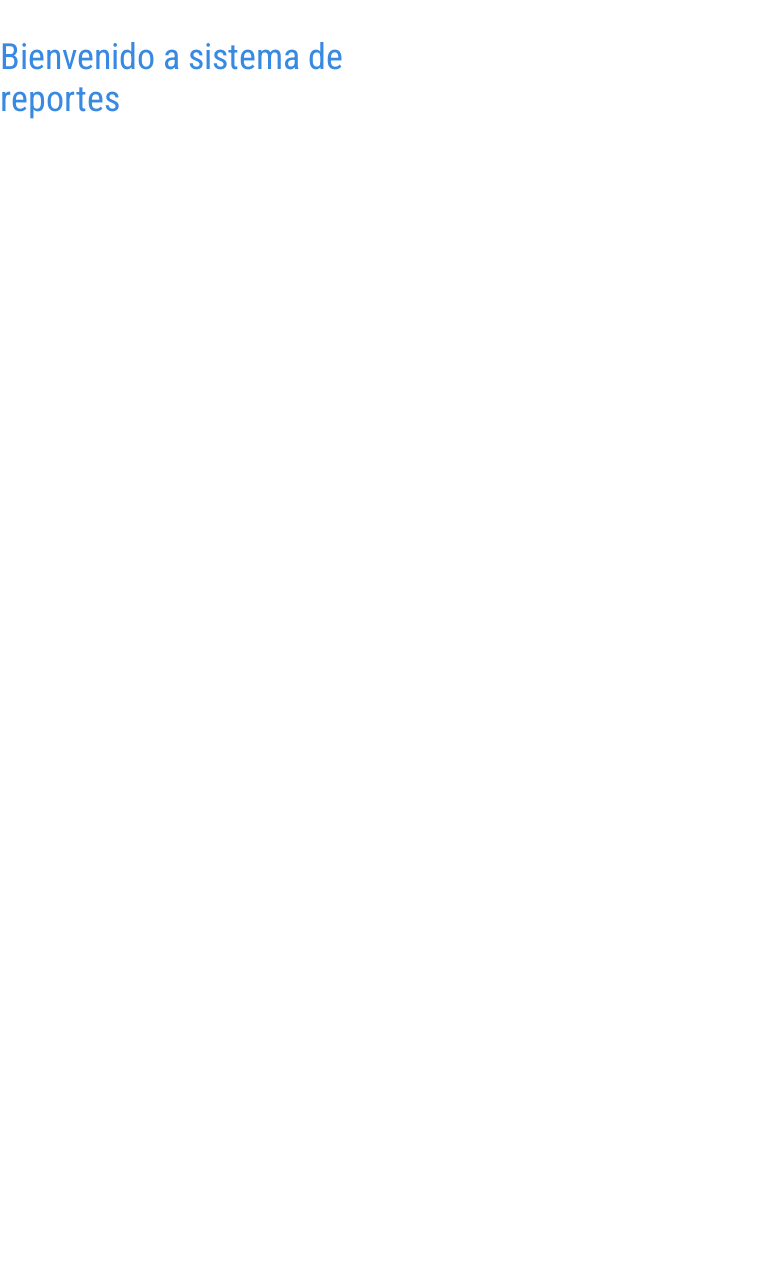
Repository: ramonramirezz/ReportesApp
Layout: Reportes/res/layout/welcome.xml
The author's editor kept a copy of each file at every save. The layout is drawn from the files as they stood at one save, then again after the next save.
It is drawn on a 768 x 1280 px phone screen (xhdpi) without system bars, with theme AppTheme; the app's code is not run. The app's manifest (not shown) leaves right-to-left support off. So textAlignment, textDirection and layoutDirection are ignored, and left and right values win over start and end ones.

Above is the layout before, as saved 2015-11-20 23:51:41.

### Reportes/res/layout/welcome.xml
<?xml version="1.0" encoding="utf-8"?>
<LinearLayout xmlns:android="http://schemas.android.com/apk/res/android"
    android:layout_width="match_parent"
    android:layout_height="match_parent"
    android:orientation="vertical"
    android:textAlignment="center" >


    <LinearLayout
        android:layout_width="fill_parent"
        android:layout_height="wrap_content"
        android:layout_margin="5dp"
        android:orientation="vertical"

        ></LinearLayout>

	<TextView
	    android:id="@+id/tvBienvenido"
	    android:layout_width="188dp"
	    android:layout_height="wrap_content"
	    android:fontFamily="sans-serif-condensed"
	    android:layout_marginTop="5dp"
	    android:text="Bienvenido a sistema de reportes"
	    android:textColor="#3789E1"
	    android:textSize="18dp" />

	<TextView
	    android:id="@+id/tvNombreUsuario"
	    android:layout_width="wrap_content"
	    android:layout_height="wrap_content"

	    />

</LinearLayout>

Loaded but not shown: Reportes/res/values/styles.xml (common file); Reportes/res/values-v11/styles.xml (common file); Reportes/res/values-v14/styles.xml (common file)

After the next save:
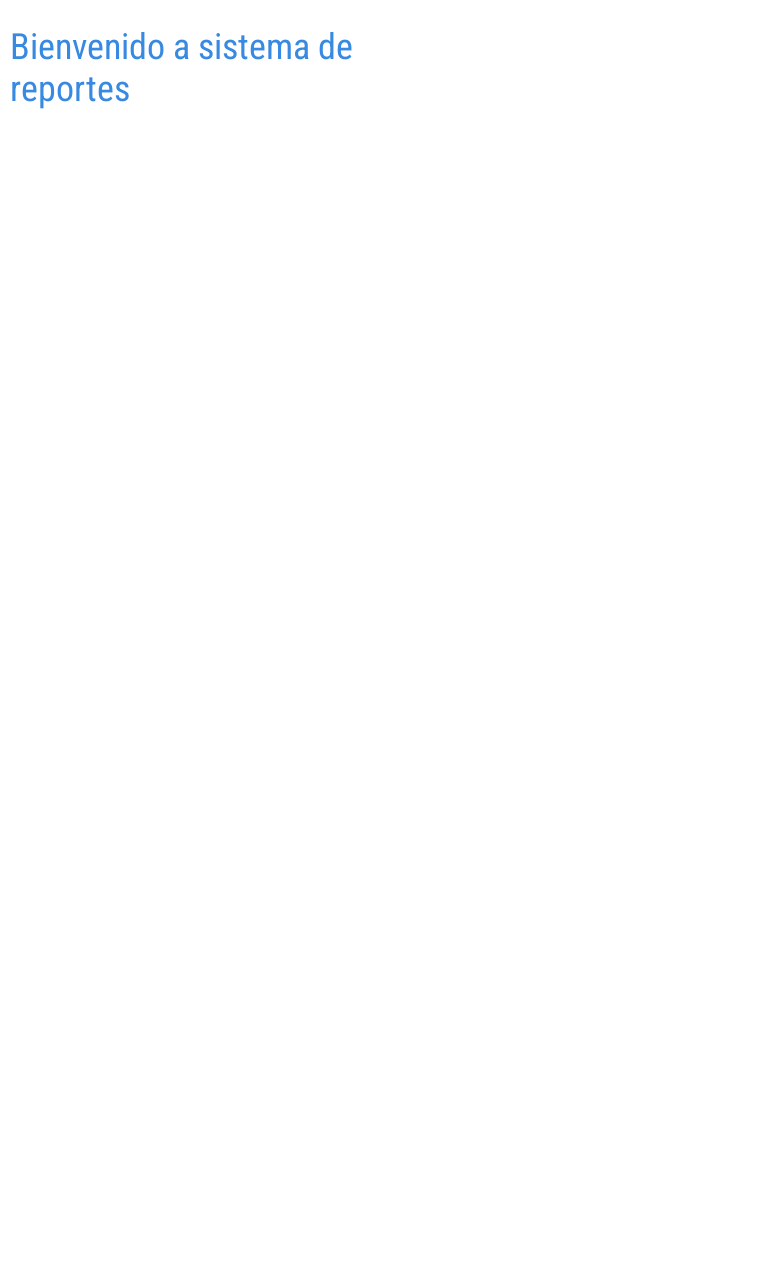
Saved 42 s later.
--- a/Reportes/res/layout/welcome.xml
+++ b/Reportes/res/layout/welcome.xml
@@ -12,23 +12,27 @@
         android:layout_margin="5dp"
         android:orientation="vertical"
 
-        ></LinearLayout>
+        >
+        <TextView
+	    	android:id="@+id/tvBienvenido"
+	    	android:layout_width="188dp"
+	    	android:layout_height="wrap_content"
+	    	android:fontFamily="sans-serif-condensed"
+	    	android:layout_marginTop="5dp"
+	    	android:text="Bienvenido a sistema de reportes"
+	    	android:textColor="#3789E1"
+	    	android:textSize="18dp" />
 
-	<TextView
-	    android:id="@+id/tvBienvenido"
-	    android:layout_width="188dp"
-	    android:layout_height="wrap_content"
-	    android:fontFamily="sans-serif-condensed"
-	    android:layout_marginTop="5dp"
-	    android:text="Bienvenido a sistema de reportes"
-	    android:textColor="#3789E1"
-	    android:textSize="18dp" />
-
-	<TextView
-	    android:id="@+id/tvNombreUsuario"
-	    android:layout_width="wrap_content"
-	    android:layout_height="wrap_content"
+		<TextView
+	    	android:id="@+id/tvNombreUsuario"
+	    	android:layout_width="wrap_content"
+	    	android:layout_height="wrap_content"
 
 	    />
 
+
+    </LinearLayout>
+
+
+
 </LinearLayout>
